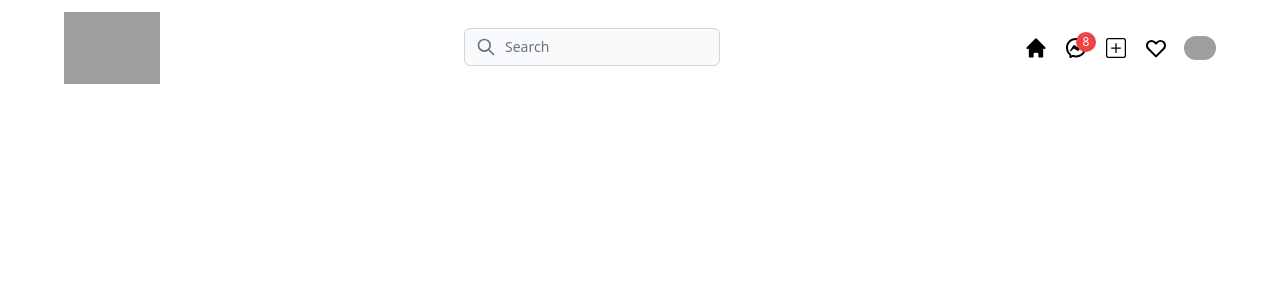
Repository: SehajBindra/insta--clone
Page: /
An editor plug-in stored every save of this project. The page is shown before and after the next save, followed by the edit.
The browser window is 1280 px wide. The pictures show the whole page.
Pictures or frames that could not be fetched are drawn as grey boxes. The project was rebuilt for these pictures with package versions that can differ from the ones it lists, and the page was loaded fresh each time. The framework's server and built-in components were replaced by stand-ins that run in the browser. Also part of the build but not shown: next.config.js.

Above is the page before, as saved 2022-04-11 13:56:51.

### pages/index.js
import Head from 'next/head'
import Image from 'next/image'
import Header from '../components/Header'
import styles from '../styles/Home.module.css'

export default function Home() {
  return (
    <div className={styles.container}>
      <Head>
        <title>Instagram</title>
        <meta name="description" content="Generated by create next app" />
        <link rel="icon" href="https://upload.wikimedia.org/wikipedia/commons/thumb/a/a5/Instagram_icon.png/600px-Instagram_icon.png" />

      </Head>
      <Header />

    </div>
  )
}

### styles/globals.css
@tailwind base;
@tailwind components;
@tailwind utilities;


@layer components {
  .navBtn {
    @apply hidden h-6 md:inline-flex cursor-pointer hover:scale-125 transition-all duration-150 ease-out
  }
}

### components/Header.js
import React from "react";
import Image from "next/image";
import { RiMessengerLine } from "react-icons/ri";
import { BsPlusSquare } from "react-icons/bs";

import {
    SearchIcon,
    PlusCircleIcon,
    UserGroupIcon,
    HeartIcon,
    PaperAirplaneIcon,
    MenuIcon
} from "@heroicons/react/outline"
import {HomeIcon } from "@heroicons/react/solid";

function Header() {
  return (
    <div>
      <div className="flex justify-between max-w-6xl mx-5 xl:mx-auto ">
        <div className="relative hidden lg:inline-grid w-24 h-24">
          <Image
            src="https://links.papareact.com/ocw"
            layout="fill"
            objectFit="contain"
          />
        </div>

        <div className=" relative w-10   lg:hidden flex-shrink-0 cursor-pointer">
          <Image
            src="https://links.papareact.com/jjm"
            layout="fill"
            objectFit="contain"
          />
        </div>

        {/* Middle Search Input Field */}
        <div className=" max-w-xs">
        <div className=" relative mt-1 lg:mt-4 p-3 rounded-md ">
            <div className=" absolute inset-y-3  pl-3 flex items-center pointer-events-none ">
             <SearchIcon  className="h-5  w-5 text-gray-500" />
            </div>
            <input className="bg-gray-50 block w-full pl-10 sm:text-sm border-gray-300  focus:ring-black  focus:border-black rounded-md" type="text" placeholder="Search" />

        </div>
        </div>
       {/* Right side */}
       <div className="flex items-center  justify-end space-x-4">
       <HomeIcon className=" navBtn" />
       <MenuIcon className=" h-6 md:hidden cursor-pointer " />
       <div className=" relative navBtn ">
       <RiMessengerLine className="h-6 w-6  navBtn" />
       <div className=" absolute -top-1 -right-2  text-xs w-5 h-5 bg-red-500  rounded-full flex items-center  justify-center animate-none text-white ">8</div>
       </div>

       <BsPlusSquare  className="h-5 w-6"/>
       {/* <UserGroupIcon className="navBtn"/> */}
       <HeartIcon     className="navBtn"  />

       <img className="h-6 rounded-full  cursor-pointer" src="https:links.papareact.com/3ke" alt="profile pic"  />
       </div>
      </div>
    </div>
  );
}

export default Header;

### tailwind.config.js
module.exports = {
  content: ["./pages/**/*.{js,ts,jsx,tsx}",
  "./components/**/*.{js,ts,jsx,tsx}",],
  theme: {
    extend: {},
  },
  plugins: [require("@tailwindcss/forms")],
}

Loaded but not shown: pages/_app.js (common file); styles/Home.module.css (common file)

After the next save:
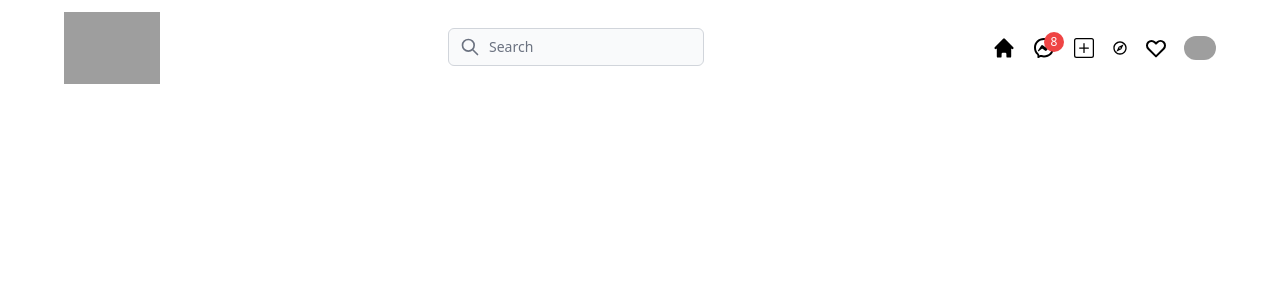
Saved 5 min 3 s later.
--- a/components/Header.js
+++ b/components/Header.js
@@ -2,6 +2,7 @@
 import Image from "next/image";
 import { RiMessengerLine } from "react-icons/ri";
 import { BsPlusSquare } from "react-icons/bs";
+import { MdOutlineExplore } from "react-icons/md";
 
 import {
     SearchIcon,
@@ -54,6 +55,7 @@
 
        <BsPlusSquare  className="h-5 w-6"/>
        {/* <UserGroupIcon className="navBtn"/> */}
+       <MdOutlineExplore className="navBtn" />
        <HeartIcon     className="navBtn"  />
 
        <img className="h-6 rounded-full  cursor-pointer" src="https:links.papareact.com/3ke" alt="profile pic"  />
